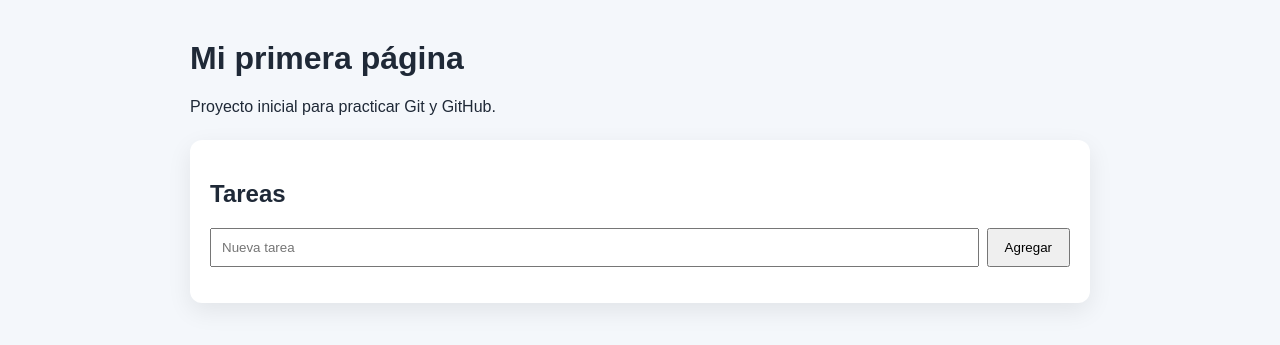
Repository: tomasheduan/task-flow
Page: index.html
The author's editor kept a copy of each file at every save. The page is drawn from the files as they stood at one save, then again after a run of saves.
The browser window is 1280 px wide. The pictures show the whole page.

Above is the page before, as saved 2026-10-07 15:42:39.

### index.html
<!DOCTYPE html>
<html lang="es">
<head>
  <meta charset="UTF-8">
  <meta name="viewport" content="width=device-width, initial-scale=1.0">
  <title>TaskFlow</title>
  <link rel="stylesheet" href="styles.css">
</head>
<body>
  <main class="container">
    <h1>Mi primera página</h1>
    <p>Proyecto inicial para practicar Git y GitHub.</p>

    <section class="task-panel">
      <h2>Tareas</h2>
      <form id="taskForm">
        <input id="taskInput" type="text" placeholder="Nueva tarea">
        <button type="submit">Agregar</button>
      </form>
      <ul id="taskList"></ul>
    </section>
  </main>

  <script src="app.js"></script>
</body>
</html>

### styles.css
* {
  box-sizing: border-box;
}

body {
  margin: 0;
  font-family: Arial, sans-serif;
  background: #f4f7fb;
  color: #1f2937;
}

.container {
  width: min(900px, 92%);
  margin: 40px auto;
}

.task-panel {
  margin-top: 24px;
  padding: 20px;
  background: white;
  border-radius: 12px;
  box-shadow: 0 8px 24px rgba(0, 0, 0, 0.08);
}

form {
  display: flex;
  gap: 8px;
}

input {
  flex: 1;
  padding: 10px;
}

button {
  padding: 10px 16px;
  cursor: pointer;
}

li {
  margin: 8px 0;
}

### app.js
const form = document.getElementById("taskForm");
const input = document.getElementById("taskInput");
const list = document.getElementById("taskList");

form.addEventListener("submit", (event) => {
  event.preventDefault();

  const text = input.value.trim();
  if (!text) return;

  const li = document.createElement("li");
  li.textContent = text;
  list.appendChild(li);

  input.value = "";
});

After the next 2 saves:
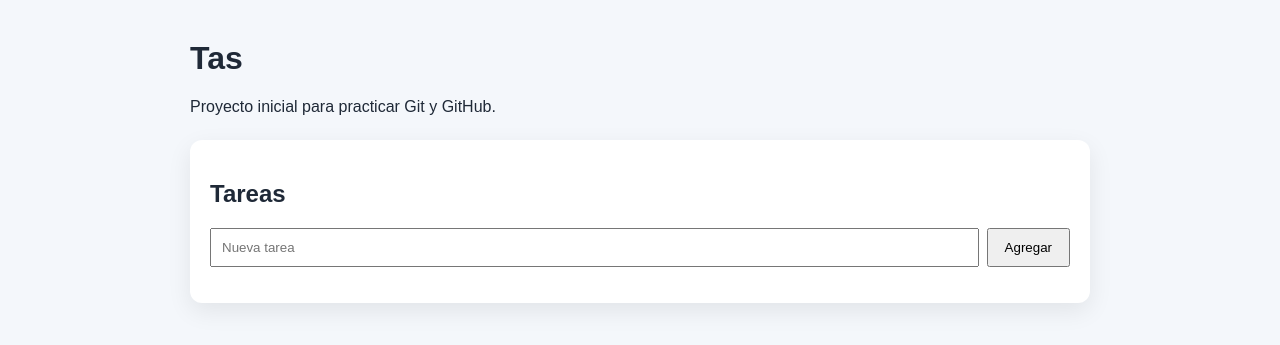
The 2 saves are shown as one change because they came seconds apart.
The last was saved 2 min 31 s later.
--- a/index.html
+++ b/index.html
@@ -8,7 +8,7 @@
 </head>
 <body>
   <main class="container">
-    <h1>Mi primera página</h1>
+    <h1>Tas</h1>
     <p>Proyecto inicial para practicar Git y GitHub.</p>
 
     <section class="task-panel">
